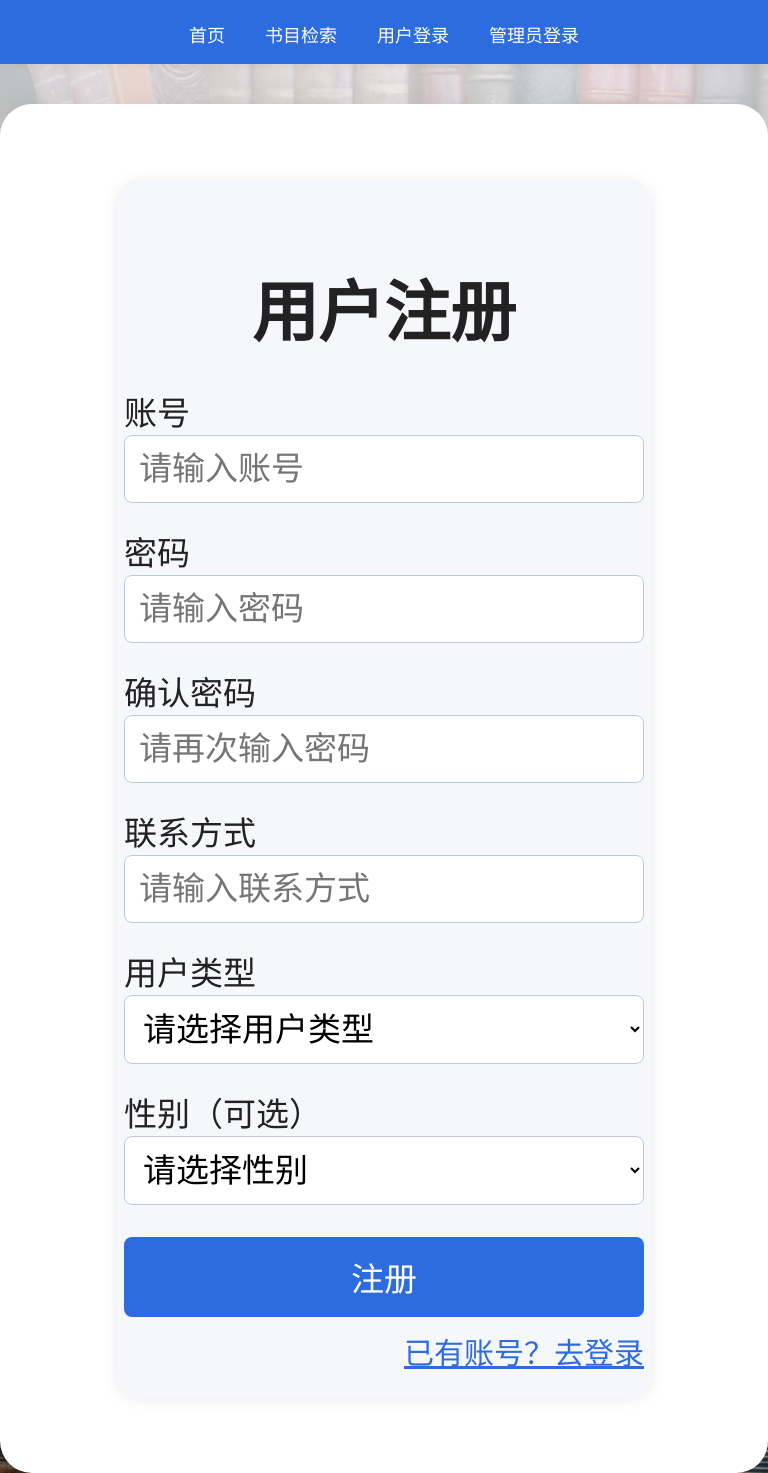
Repository: MercuryRandom/Library-Resource-Management-System
Page: /register (app in frontend/)
The author's editor kept a copy of each file at every save. The page is drawn from the files as they stood at one save, then again after the next save.
The browser window is 768 px wide. The pictures show the whole page.
Backgrounds fixed to the window are drawn as part of the page. The project was rebuilt for these pictures with package versions that can differ from the ones it lists, and the page was loaded fresh each time. Also part of the build but not shown: frontend/vite.config.js, frontend/src/pages/HomePage.jsx, frontend/src/pages/SearchPage.jsx, frontend/src/pages/LoginPage.jsx, frontend/src/pages/AdminLoginPage.jsx, frontend/src/pages/admin/ReaderManagementPage.jsx, frontend/src/pages/admin/BookManagementPage.jsx, frontend/src/pages/admin/BorrowManagementPage.jsx.

Above is the page before, as saved 2025-06-27 09:39:48.

### frontend/index.html
<!DOCTYPE html>
<html lang="zh-CN">

<head>
  <meta charset="UTF-8" />
  <link rel="icon" type="image/svg+xml" href="/vite.svg" />
  <meta name="viewport" content="width=device-width, initial-scale=1.0" />
  <title>图书管理系统</title>
</head>

<body>
  <div id="root"></div>
  <script type="module" src="/src/main.jsx"></script>
</body>

</html>

### frontend/src/App.jsx
import { BrowserRouter as Router, Routes, Route, useNavigate } from 'react-router-dom';
import MainLayout from './layout/MainLayout';
import HomePage from './pages/HomePage';
import SearchPage from './pages/SearchPage';
import LoginPage from './pages/LoginPage';
import RegisterPage from './pages/RegisterPage';
import UserLibraryPage from './pages/UserLibraryPage';
import AdminLoginPage from './pages/AdminLoginPage';
import AdminPage from './pages/AdminPage';
import ReaderManagementPage from './pages/admin/ReaderManagementPage';
import BookManagementPage from './pages/admin/BookManagementPage';
import BorrowManagementPage from './pages/admin/BorrowManagementPage';
import './App.css';

function App() {
  return (
    <Router>
      <Routes>
        <Route path="/" element={<MainLayout />}>
          <Route index element={<HomePage />} />
          <Route path="search" element={<SearchPage />} />
          <Route path="login" element={<LoginPage />} />
          <Route path="register" element={<RegisterPage />} />
          <Route path="library" element={<UserLibraryPage />} />
          <Route path="admin-login" element={<AdminLoginPage />} />
          <Route path="admin" element={<AdminPage />}>
            <Route path="readers" element={<ReaderManagementPage />} />
            <Route path="books" element={<BookManagementPage />} />
            <Route path="borrowing" element={<BorrowManagementPage />} />
          </Route>
        </Route>
      </Routes>
    </Router>
  );
}

export default App;

### frontend/src/layout/MainLayout.jsx
import React from 'react';
import { Outlet, NavLink } from 'react-router-dom';

const MainLayout = () => {
  return (
    <div>
      <nav>
        <ul>
          <li>
            <NavLink to="/" end className={({ isActive }) => isActive ? 'active' : ''}>首页</NavLink>
          </li>
          <li>
            <NavLink to="/search" className={({ isActive }) => isActive ? 'active' : ''}>书目检索</NavLink>
          </li>
          <li>
            <NavLink to="/login" className={({ isActive }) => isActive ? 'active' : ''}>用户登录</NavLink>
          </li>
          <li>
            <NavLink to="/admin-login" className={({ isActive }) => isActive ? 'active' : ''}>管理员登录</NavLink>
          </li>
        </ul>
      </nav>
      <hr style={{ border: 'none', margin: 0 }} />
      <main>
        <Outlet />
      </main>
    </div>
  );
};

export default MainLayout;

### frontend/src/pages/RegisterPage.jsx
import React, { useState } from 'react';
import { useNavigate } from 'react-router-dom';

const RegisterPage = () => {
  const [username, setUsername] = useState('');
  const [password, setPassword] = useState('');
  const [confirm, setConfirm] = useState('');
  const [contact, setContact] = useState('');
  const [userType, setUserType] = useState('');
  const [gender, setGender] = useState('');
  const [error, setError] = useState('');
  const navigate = useNavigate();

  const handleRegister = (e) => {
    e.preventDefault();
    if (!username || !password || !confirm || !contact || !userType) {
      setError('请填写所有信息');
      return;
    }
    if (password !== confirm) {
      setError('两次输入的密码不一致');
      return;
    }
    setError('');
    alert('注册成功，请登录！');
    navigate('/login');
  };

  return (
    <div className="form-card">
      <h2>用户注册</h2>
      <form onSubmit={handleRegister}>
        <label htmlFor="username">账号</label>
        <input
          type="text"
          id="username"
          value={username}
          onChange={(e) => setUsername(e.target.value)}
          placeholder="请输入账号"
        />
        <label htmlFor="password">密码</label>
        <input
          type="password"
          id="password"
          value={password}
          onChange={(e) => setPassword(e.target.value)}
          placeholder="请输入密码"
        />
        <label htmlFor="confirm">确认密码</label>
        <input
          type="password"
          id="confirm"
          value={confirm}
          onChange={(e) => setConfirm(e.target.value)}
          placeholder="请再次输入密码"
        />
        <label htmlFor="contact">联系方式</label>
        <input
          type="text"
          id="contact"
          value={contact}
          onChange={(e) => setContact(e.target.value)}
          placeholder="请输入联系方式"
        />
        <label htmlFor="userType">用户类型</label>
        <select
          id="userType"
          value={userType}
          onChange={e => setUserType(e.target.value)}
          style={{ width: '100%', padding: '14px', fontSize: '1.1em', border: '1px solid #bfc8e0', borderRadius: '8px', marginBottom: '24px', background: '#fff' }}
        >
          <option value="">请选择用户类型</option>
          <option value="学生">学生</option>
          <option value="教职工">教职工</option>
        </select>
        <label htmlFor="gender">性别（可选）</label>
        <select
          id="gender"
          value={gender}
          onChange={e => setGender(e.target.value)}
          style={{ width: '100%', padding: '14px', fontSize: '1.1em', border: '1px solid #bfc8e0', borderRadius: '8px', marginBottom: '24px', background: '#fff' }}
        >
          <option value="">请选择性别</option>
          <option value="男">男</option>
          <option value="女">女</option>
          <option value="其他">其他</option>
        </select>
        {error && <div style={{ color: 'red', marginBottom: 12 }}>{error}</div>}
        <button type="submit">注册</button>
      </form>
      <span className="form-link" onClick={() => navigate('/login')}>已有账号？去登录</span>
    </div>
  );
};

export default RegisterPage;

### frontend/src/pages/UserLibraryPage.jsx
import React, { useState } from 'react';

const features = [
  { key: 'history', title: '借阅历史查询', desc: '查看我的借阅记录和归还情况', icon: '📖' },
  { key: 'borrow', title: '图书借阅', desc: '在线借阅图书，方便快捷', icon: '📚' },
  { key: 'return', title: '图书归还', desc: '归还已借阅的图书', icon: '🔄' },
  { key: 'reserve', title: '预约借书', desc: '提前预约心仪的图书', icon: '📝' },
];

const featureContent = {
  history: <div style={{ fontSize: 24, marginTop: 24 }}>这里显示借阅历史（示例内容）。</div>,
  borrow: <div style={{ fontSize: 24, marginTop: 24 }}>这里是图书借阅功能（示例内容）。</div>,
  return: <div style={{ fontSize: 24, marginTop: 24 }}>这里是图书归还功能（示例内容）。</div>,
  reserve: <div style={{ fontSize: 24, marginTop: 24 }}>这里是预约借书功能（示例内容）。</div>,
};

const UserLibraryPage = () => {
  const [selected, setSelected] = useState('history');
  return (
    <div>
      <h2 style={{ fontSize: 44, marginBottom: 36, textAlign: 'center' }}>我的图书馆</h2>
      <div style={{ display: 'flex', justifyContent: 'space-between', gap: 40, marginBottom: 40 }}>
        {features.map(f => (
          <FeatureCard key={f.key} {...f} selected={selected === f.key} onClick={() => setSelected(f.key)} />
        ))}
      </div>
      <div>{featureContent[selected]}</div>
    </div>
  );
};

const FeatureCard = ({ title, desc, icon, selected, onClick }) => (
  <div
    className="card-hover"
    style={{
      flex: 1,
      background: selected ? '#e3eafc' : '#f5f7fb',
      borderRadius: 18,
      boxShadow: '0 2px 12px rgba(0,0,0,0.04)',
      padding: '48px 18px',
      textAlign: 'center',
      minWidth: 180,
      cursor: 'pointer',
      fontSize: 28,
      border: selected ? '2.5px solid #2d6cdf' : '2.5px solid transparent',
      fontWeight: 600,
      transition: 'all 0.2s',
    }}
    onClick={onClick}
  >
    <div style={{ fontSize: 60, marginBottom: 22 }}>{icon}</div>
    <div style={{ fontSize: 30, fontWeight: 700, marginBottom: 16 }}>{title}</div>
    <div style={{ color: '#666', fontSize: 22 }}>{desc}</div>
  </div>
);

export default UserLibraryPage;

### frontend/src/pages/AdminPage.jsx
import React, { useState } from 'react';
import { useNavigate, Outlet } from 'react-router-dom';

const adminFeatures = [
  { key: 'readers', path: 'readers', title: '读者管理', desc: '添加、修改、删除读者信息', icon: '👤' },
  { key: 'books', path: 'books', title: '图书管理', desc: '添加、修改、删除书目信息', icon: '📚' },
  { key: 'borrowing', path: 'borrowing', title: '借还管理', desc: '借书和还书操作', icon: '🔄' },
];

const featureContent = {
  readers: <div style={{ fontSize: 24, marginTop: 24 }}>这里是读者管理功能（示例内容）。</div>,
  books: <div style={{ fontSize: 24, marginTop: 24 }}>这里是图书管理功能（示例内容）。</div>,
  borrowing: <div style={{ fontSize: 24, marginTop: 24 }}>这里是借还管理功能（示例内容）。</div>,
};

const AdminPage = () => {
  const [selected, setSelected] = useState('readers');
  const navigate = useNavigate();
  return (
    <div>
      <h2 style={{ fontSize: 44, marginBottom: 36, textAlign: 'center' }}>管理员功能</h2>
      <div style={{ display: 'flex', justifyContent: 'space-between', gap: 40, marginBottom: 40 }}>
        {adminFeatures.map(f => (
          <div
            key={f.key}
            className="card-hover"
            style={{ flex: 1, background: selected === f.key ? '#e3eafc' : '#f5f7fb', borderRadius: 18, boxShadow: '0 2px 12px rgba(0,0,0,0.04)', padding: '48px 18px', textAlign: 'center', minWidth: 180, cursor: 'pointer', fontSize: 28, border: selected === f.key ? '2.5px solid #2d6cdf' : '2.5px solid transparent', fontWeight: 600, transition: 'all 0.2s' }}
            onClick={() => { setSelected(f.key); navigate(f.path); }}
          >
            <div style={{ fontSize: 60, marginBottom: 22 }}>{f.icon}</div>
            <div style={{ fontSize: 30, fontWeight: 700, marginBottom: 16 }}>{f.title}</div>
            <div style={{ color: '#666', fontSize: 22 }}>{f.desc}</div>
          </div>
        ))}
      </div>
      <div>{featureContent[selected]}</div>
      <div style={{ marginTop: 40 }}>
        <Outlet />
      </div>
    </div>
  );
};

export default AdminPage;

### frontend/src/App.css
body {
  margin: 0;
  padding: 0;
  font-family: 'Segoe UI', 'Arial', sans-serif;
  background: url('/image.png') no-repeat center center fixed;
  background-size: cover;
  color: #222;
  font-size: 24px;
  position: relative;
}

body::before {
  content: '';
  position: fixed;
  left: 0;
  top: 0;
  right: 0;
  bottom: 0;
  background: rgba(255, 255, 255, 0.75);
  /* 可调整透明度和颜色 */
  z-index: 0;
  pointer-events: none;
}

#root {
  min-height: 100vh;
  display: flex;
  flex-direction: column;
  position: relative;
  z-index: 1;
}

nav {
  background: #2d6cdf;
  padding: 0 0;
  box-shadow: 0 2px 8px rgba(0, 0, 0, 0.04);
}

nav ul {
  display: flex;
  justify-content: center;
  align-items: center;
  margin: 0;
  padding: 0;
  list-style: none;
  height: 64px;
}

nav ul li {
  margin: 0 60px;
}

nav ul li a {
  color: #fff;
  text-decoration: none;
  font-size: 28px;
  font-weight: 500;
  padding: 14px 32px;
  border-radius: 8px;
  transition: background 0.2s;
}

nav ul li a:hover,
nav ul li a.active {
  background: #174ea6;
}

main {
  flex: 1;
  max-width: 1600px;
  margin: 40px auto 0 auto;
  background: #fff;
  border-radius: 32px;
  box-shadow: 0 4px 32px rgba(0, 0, 0, 0.10);
  padding: 64px 80px 80px 80px;
  font-size: 1.25em;
  position: relative;
  z-index: 2;
}

/* 登录/注册卡片样式 */
.form-card {
  max-width: 520px;
  margin: 60px auto;
  padding: 48px 40px 40px 40px;
  background: #f5f7fb;
  border-radius: 24px;
  box-shadow: 0 2px 16px rgba(0, 0, 0, 0.08);
}

.form-card h2 {
  text-align: center;
  margin-bottom: 32px;
  font-size: 2.2em;
}

.form-card label {
  font-size: 1.1em;
  margin-bottom: 8px;
}

.form-card input {
  width: 100%;
  padding: 14px;
  font-size: 1.1em;
  border: 1px solid #bfc8e0;
  border-radius: 8px;
  margin-bottom: 24px;
  background: #fff;
  box-sizing: border-box;
}

.form-card button {
  width: 100%;
  padding: 16px;
  font-size: 1.1em;
  background: #2d6cdf;
  color: #fff;
  border: none;
  border-radius: 8px;
  margin-top: 8px;
  cursor: pointer;
  transition: background 0.2s;
}

.form-card button:hover {
  background: #174ea6;
}

.form-card .form-link {
  display: block;
  text-align: right;
  margin-top: 12px;
  color: #2d6cdf;
  text-decoration: underline;
  cursor: pointer;
  font-size: 1em;
}

@media (max-width: 900px) {
  main {
    max-width: 98vw;
    padding: 16px 2vw;
  }

  nav ul li {
    margin: 0 10px;
  }

  nav ul li a {
    font-size: 18px;
    padding: 8px 10px;
  }

  .form-card {
    padding: 24px 8px 24px 8px;
  }
}

.logo {
  height: 6em;
  padding: 1.5em;
  will-change: filter;
  transition: filter 300ms;
}

.logo:hover {
  filter: drop-shadow(0 0 2em #646cffaa);
}

.logo.react:hover {
  filter: drop-shadow(0 0 2em #61dafbaa);
}

@keyframes logo-spin {
  from {
    transform: rotate(0deg);
  }

  to {
    transform: rotate(360deg);
  }
}

@media (prefers-reduced-motion: no-preference) {
  a:nth-of-type(2) .logo {
    animation: logo-spin infinite 20s linear;
  }
}

.card {
  padding: 2em;
}

.read-the-docs {
  color: #888;
}

.card-hover {
  transition: box-shadow 0.25s, transform 0.25s;
  box-shadow: 0 2px 12px rgba(0, 0, 0, 0.04);
}

.card-hover:hover {
  box-shadow: 0 8px 32px rgba(45, 108, 223, 0.18);
  transform: translateY(-10px) scale(1.03);
  z-index: 2;
}

Loaded but not shown: frontend/src/main.jsx (common file)

After the next save:
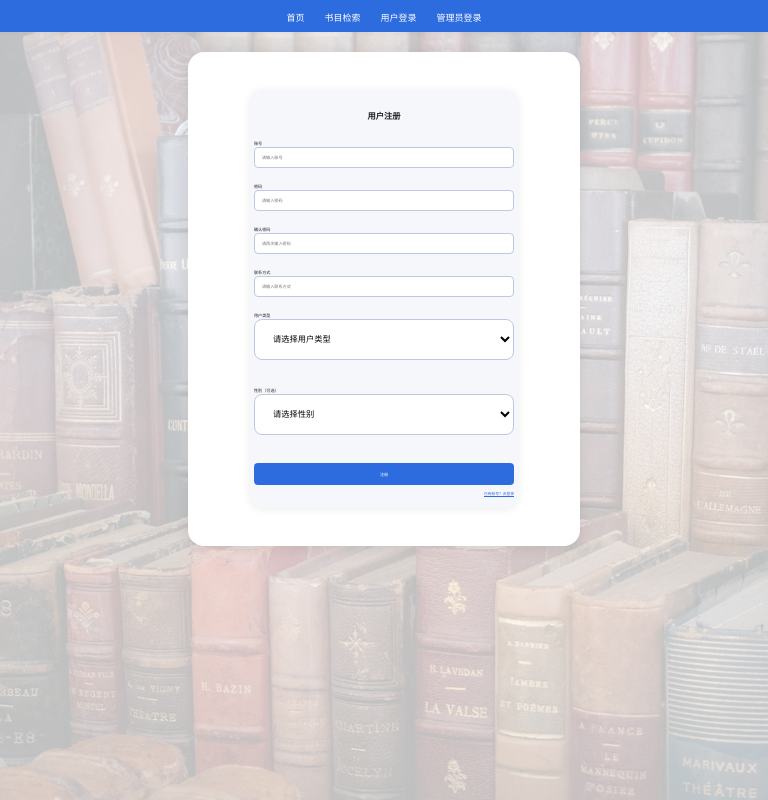
Saved 11 min 33 s later.
--- a/frontend/src/App.css
+++ b/frontend/src/App.css
@@ -5,7 +5,7 @@
   background: url('/image.png') no-repeat center center fixed;
   background-size: cover;
   color: #222;
-  font-size: 24px;
+  font-size: 12px;
   position: relative;
 }
 
@@ -33,7 +33,7 @@
 nav {
   background: #2d6cdf;
   padding: 0 0;
-  box-shadow: 0 2px 8px rgba(0, 0, 0, 0.04);
+  box-shadow: 0 1px 4px rgba(0, 0, 0, 0.04);
 }
 
 nav ul {
@@ -43,20 +43,20 @@
   margin: 0;
   padding: 0;
   list-style: none;
-  height: 64px;
+  height: 32px;
 }
 
 nav ul li {
-  margin: 0 60px;
+  margin: 0 30px;
 }
 
 nav ul li a {
   color: #fff;
   text-decoration: none;
-  font-size: 28px;
+  font-size: 14px;
   font-weight: 500;
-  padding: 14px 32px;
-  border-radius: 8px;
+  padding: 7px 16px;
+  border-radius: 4px;
   transition: background 0.2s;
 }
 
@@ -67,58 +67,59 @@
 
 main {
   flex: 1;
-  max-width: 1600px;
-  margin: 40px auto 0 auto;
+  max-width: 800px;
+  margin: 20px auto 0 auto;
   background: #fff;
-  border-radius: 32px;
-  box-shadow: 0 4px 32px rgba(0, 0, 0, 0.10);
-  padding: 64px 80px 80px 80px;
-  font-size: 1.25em;
+  border-radius: 16px;
+  box-shadow: 0 2px 16px rgba(0, 0, 0, 0.10);
+  padding: 32px 40px 40px 40px;
+  font-size: 0.625em;
   position: relative;
   z-index: 2;
 }
 
 /* 登录/注册卡片样式 */
 .form-card {
-  max-width: 520px;
-  margin: 60px auto;
-  padding: 48px 40px 40px 40px;
+  max-width: 260px;
+  margin: 30px auto;
+  padding: 24px 20px 20px 20px;
   background: #f5f7fb;
-  border-radius: 24px;
-  box-shadow: 0 2px 16px rgba(0, 0, 0, 0.08);
+  border-radius: 12px;
+  box-shadow: 0 1px 8px rgba(0, 0, 0, 0.08);
 }
 
 .form-card h2 {
   text-align: center;
-  margin-bottom: 32px;
-  font-size: 2.2em;
+  margin-bottom: 16px;
+  font-size: 1.1em;
 }
 
 .form-card label {
-  font-size: 1.1em;
-  margin-bottom: 8px;
-}
-
-.form-card input {
+  font-size: 0.55em;
+  margin-bottom: 4px;
+}
+
+.form-card input,
+.form-card select {
   width: 100%;
-  padding: 14px;
-  font-size: 1.1em;
+  padding: 7px;
+  font-size: 0.55em;
   border: 1px solid #bfc8e0;
-  border-radius: 8px;
-  margin-bottom: 24px;
+  border-radius: 4px;
+  margin-bottom: 12px;
   background: #fff;
   box-sizing: border-box;
 }
 
 .form-card button {
   width: 100%;
-  padding: 16px;
-  font-size: 1.1em;
+  padding: 8px;
+  font-size: 0.55em;
   background: #2d6cdf;
   color: #fff;
   border: none;
-  border-radius: 8px;
-  margin-top: 8px;
+  border-radius: 4px;
+  margin-top: 4px;
   cursor: pointer;
   transition: background 0.2s;
 }
@@ -130,30 +131,30 @@
 .form-card .form-link {
   display: block;
   text-align: right;
-  margin-top: 12px;
+  margin-top: 6px;
   color: #2d6cdf;
   text-decoration: underline;
   cursor: pointer;
-  font-size: 1em;
+  font-size: 0.5em;
 }
 
 @media (max-width: 900px) {
   main {
-    max-width: 98vw;
-    padding: 16px 2vw;
+    max-width: 49vw;
+    padding: 8px 1vw;
   }
 
   nav ul li {
-    margin: 0 10px;
+    margin: 0 5px;
   }
 
   nav ul li a {
-    font-size: 18px;
-    padding: 8px 10px;
+    font-size: 9px;
+    padding: 4px 5px;
   }
 
   .form-card {
-    padding: 24px 8px 24px 8px;
+    padding: 12px 4px 12px 4px;
   }
 }
 
@@ -198,11 +199,11 @@
 
 .card-hover {
   transition: box-shadow 0.25s, transform 0.25s;
-  box-shadow: 0 2px 12px rgba(0, 0, 0, 0.04);
+  box-shadow: 0 1px 6px rgba(0, 0, 0, 0.04);
 }
 
 .card-hover:hover {
-  box-shadow: 0 8px 32px rgba(45, 108, 223, 0.18);
-  transform: translateY(-10px) scale(1.03);
+  box-shadow: 0 4px 16px rgba(45, 108, 223, 0.18);
+  transform: translateY(-5px) scale(1.015);
   z-index: 2;
 }

After the save that followed:
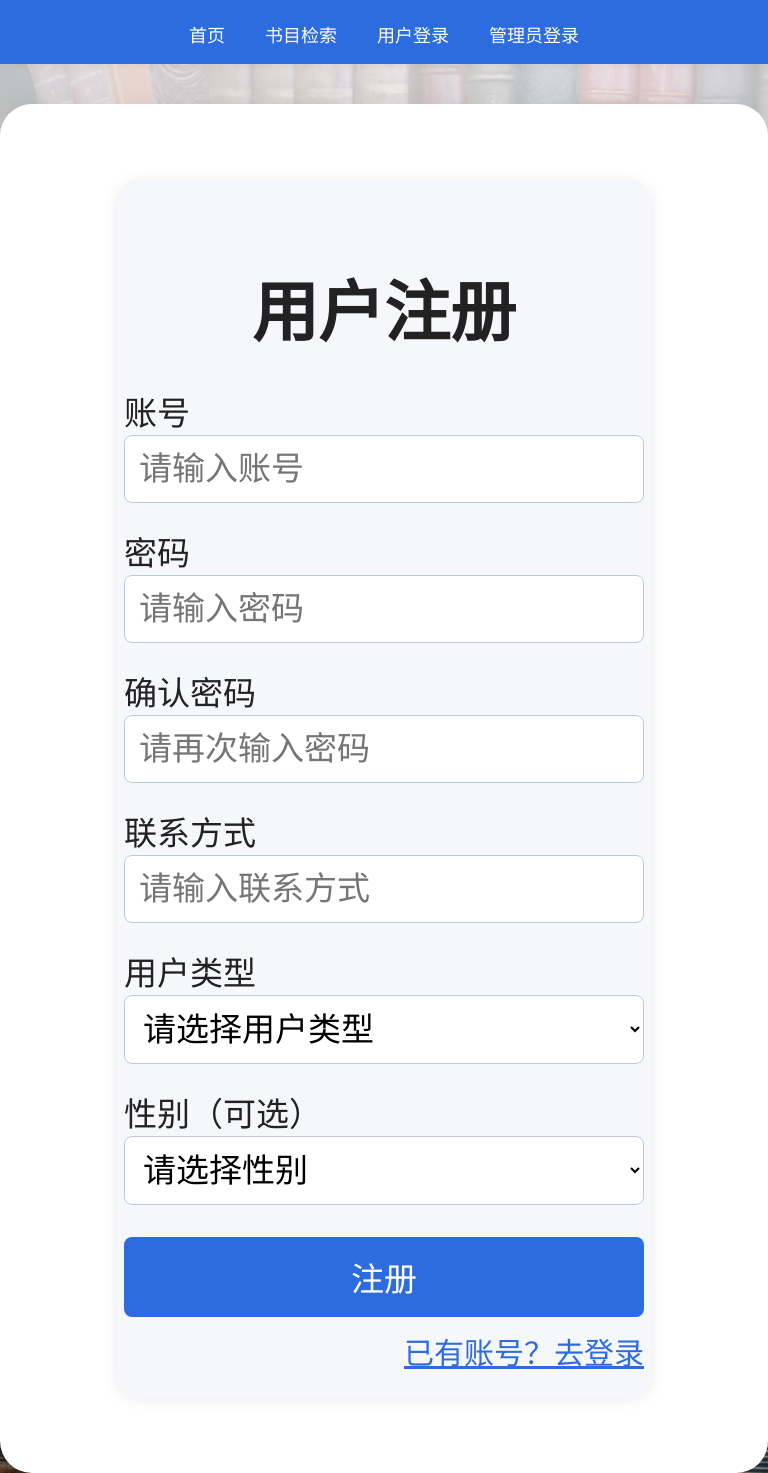
Saved 57 s later.
--- a/frontend/src/App.css
+++ b/frontend/src/App.css
@@ -5,7 +5,7 @@
   background: url('/image.png') no-repeat center center fixed;
   background-size: cover;
   color: #222;
-  font-size: 12px;
+  font-size: 24px;
   position: relative;
 }
 
@@ -33,7 +33,7 @@
 nav {
   background: #2d6cdf;
   padding: 0 0;
-  box-shadow: 0 1px 4px rgba(0, 0, 0, 0.04);
+  box-shadow: 0 2px 8px rgba(0, 0, 0, 0.04);
 }
 
 nav ul {
@@ -43,20 +43,20 @@
   margin: 0;
   padding: 0;
   list-style: none;
-  height: 32px;
+  height: 64px;
 }
 
 nav ul li {
-  margin: 0 30px;
+  margin: 0 60px;
 }
 
 nav ul li a {
   color: #fff;
   text-decoration: none;
-  font-size: 14px;
+  font-size: 28px;
   font-weight: 500;
-  padding: 7px 16px;
-  border-radius: 4px;
+  padding: 14px 32px;
+  border-radius: 8px;
   transition: background 0.2s;
 }
 
@@ -67,59 +67,58 @@
 
 main {
   flex: 1;
-  max-width: 800px;
-  margin: 20px auto 0 auto;
+  max-width: 1600px;
+  margin: 40px auto 0 auto;
   background: #fff;
-  border-radius: 16px;
-  box-shadow: 0 2px 16px rgba(0, 0, 0, 0.10);
-  padding: 32px 40px 40px 40px;
-  font-size: 0.625em;
+  border-radius: 32px;
+  box-shadow: 0 4px 32px rgba(0, 0, 0, 0.10);
+  padding: 64px 80px 80px 80px;
+  font-size: 1.25em;
   position: relative;
   z-index: 2;
 }
 
 /* 登录/注册卡片样式 */
 .form-card {
-  max-width: 260px;
-  margin: 30px auto;
-  padding: 24px 20px 20px 20px;
+  max-width: 520px;
+  margin: 60px auto;
+  padding: 48px 40px 40px 40px;
   background: #f5f7fb;
-  border-radius: 12px;
-  box-shadow: 0 1px 8px rgba(0, 0, 0, 0.08);
+  border-radius: 24px;
+  box-shadow: 0 2px 16px rgba(0, 0, 0, 0.08);
 }
 
 .form-card h2 {
   text-align: center;
-  margin-bottom: 16px;
+  margin-bottom: 32px;
+  font-size: 2.2em;
+}
+
+.form-card label {
   font-size: 1.1em;
-}
-
-.form-card label {
-  font-size: 0.55em;
-  margin-bottom: 4px;
-}
-
-.form-card input,
-.form-card select {
+  margin-bottom: 8px;
+}
+
+.form-card input {
   width: 100%;
-  padding: 7px;
-  font-size: 0.55em;
+  padding: 14px;
+  font-size: 1.1em;
   border: 1px solid #bfc8e0;
-  border-radius: 4px;
-  margin-bottom: 12px;
+  border-radius: 8px;
+  margin-bottom: 24px;
   background: #fff;
   box-sizing: border-box;
 }
 
 .form-card button {
   width: 100%;
-  padding: 8px;
-  font-size: 0.55em;
+  padding: 16px;
+  font-size: 1.1em;
   background: #2d6cdf;
   color: #fff;
   border: none;
-  border-radius: 4px;
-  margin-top: 4px;
+  border-radius: 8px;
+  margin-top: 8px;
   cursor: pointer;
   transition: background 0.2s;
 }
@@ -131,30 +130,30 @@
 .form-card .form-link {
   display: block;
   text-align: right;
-  margin-top: 6px;
+  margin-top: 12px;
   color: #2d6cdf;
   text-decoration: underline;
   cursor: pointer;
-  font-size: 0.5em;
+  font-size: 1em;
 }
 
 @media (max-width: 900px) {
   main {
-    max-width: 49vw;
-    padding: 8px 1vw;
+    max-width: 98vw;
+    padding: 16px 2vw;
   }
 
   nav ul li {
-    margin: 0 5px;
+    margin: 0 10px;
   }
 
   nav ul li a {
-    font-size: 9px;
-    padding: 4px 5px;
+    font-size: 18px;
+    padding: 8px 10px;
   }
 
   .form-card {
-    padding: 12px 4px 12px 4px;
+    padding: 24px 8px 24px 8px;
   }
 }
 
@@ -199,11 +198,11 @@
 
 .card-hover {
   transition: box-shadow 0.25s, transform 0.25s;
-  box-shadow: 0 1px 6px rgba(0, 0, 0, 0.04);
+  box-shadow: 0 2px 12px rgba(0, 0, 0, 0.04);
 }
 
 .card-hover:hover {
-  box-shadow: 0 4px 16px rgba(45, 108, 223, 0.18);
-  transform: translateY(-5px) scale(1.015);
+  box-shadow: 0 8px 32px rgba(45, 108, 223, 0.18);
+  transform: translateY(-10px) scale(1.03);
   z-index: 2;
 }
